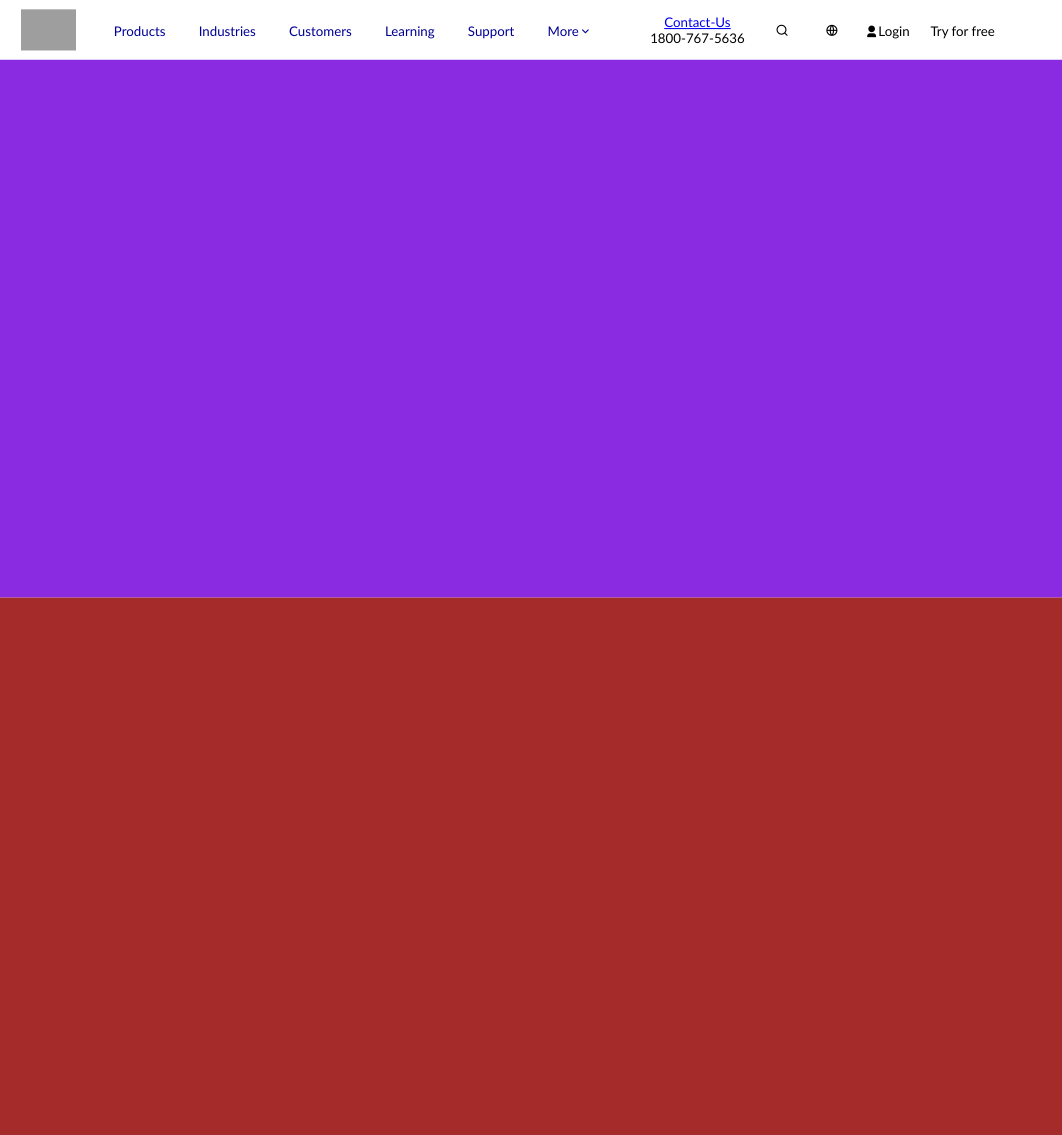
Repository: Chiranshukapil/html_css
Page: salesforce/index.html
The author's editor kept a copy of each file at every save. The page is drawn from the files as they stood at one save, then again after a run of saves.
The browser window is 1280 px wide. The pictures show the whole page, at 83% of full size.
Pictures or frames that could not be fetched are drawn as grey boxes.

Above is the page before, as saved 2024-06-09 23:43:09.

### salesforce/index.html
<!DOCTYPE html>
<html lang="en">
    <head>
        <meta charset="UTF-8">
        <meta name="viewport" content="width=device-width, initial-scale=1.0">
        <title>Salesforce</title>
        <link rel="stylesheet" href="style.css">
        <link href="https://cdn.jsdelivr.net/npm/remixicon@4.2.0/fonts/remixicon.css" rel="stylesheet" />
    </head>
    <body>
        <div id="main">
            <div id="header">
                <div id="logo">
                    <img src="https://a.sfdcstatic.com/shared/images/c360-nav/salesforce-with-type-logo.svg" >
                </div>
                <div class="texts"><p>Products</p></div>
                <div class="texts"><p>Industries</p></div>
                <div class="texts"><p>Customers</p></div>
                <div class="texts"><p>Learning</p></div>
                <div class="texts"><p>Support</p></div>
                <div class="texts">
                    <p>More</p>
                    <p><i class="ri-arrow-down-s-line"></i></p>
                </div>
                <div id="contact">
                    <a  href="https://www.google.com/"><u>Contact-Us</u></a>
                    <p>1800-767-5636</p>
                </div>
                <div id="icon1" class="icon"><i class="ri-search-line"></i></div>
                <div class="icon"><i class="ri-global-line"></i></div>
                <div id="login">
                    <p><i class="ri-user-3-fill"></i></p>
                    <p>Login</p>
                </div>
                <div id="try">Try for free</div>
            </div>
            <div id="fakeheader"></div>
            <div id="page1"></div>
            <div id="page2"></div>
        </div>
    </body>
</html>

### salesforce/style.css
*{
    margin: 0%;
    padding: 0%;
    box-sizing: border-box;
    font-family: 'Gill Sans MT';
}

html,body{
    height: 100%;
    width: 100%;

}

#main{
    height: 100%;
    width: 100%;

}

#header{
    height: 10%;
    width: 100%;
    position: fixed;
    display: flex;
    align-items: center;
    /* font-size: large; */
}

#logo{
    margin: 25px;
    height: 70%;
}

#logo img{
    width: 100%;
    height: 100%;
}

#contact{
    text-align: center;
    margin-left: 50px;

}

.icon{
    width: 30px;
    height: 30px;
    display: flex;
    align-items: center;
    justify-content: center;
    /* border: 1px solid;
    border-radius: 50%; */
    margin-left: 30px;
}

.icon:hover{
    border: 1px solid rgb(188, 255, 255);
    border-radius: 50%;
    background-color:rgb(188, 255, 255);
}

#login{
    margin: 25px;
    display: flex;
}

#try{
    width: ;
    height: ;
}

.texts{
    color: rgb(0, 0, 147);
    margin: 20px;
    display: flex;
}

.texts:hover{
    color: rgb(113, 113, 243);
}

#fakeheader{
    height: 10%;
    width: 100%;
}

#page1{
    height: 90%;
    width: 100%;
    background-color: blueviolet;
}
#page2{
    height: 90%;
    width: 100%;
    background-color: brown;
}

After the next 4 saves:
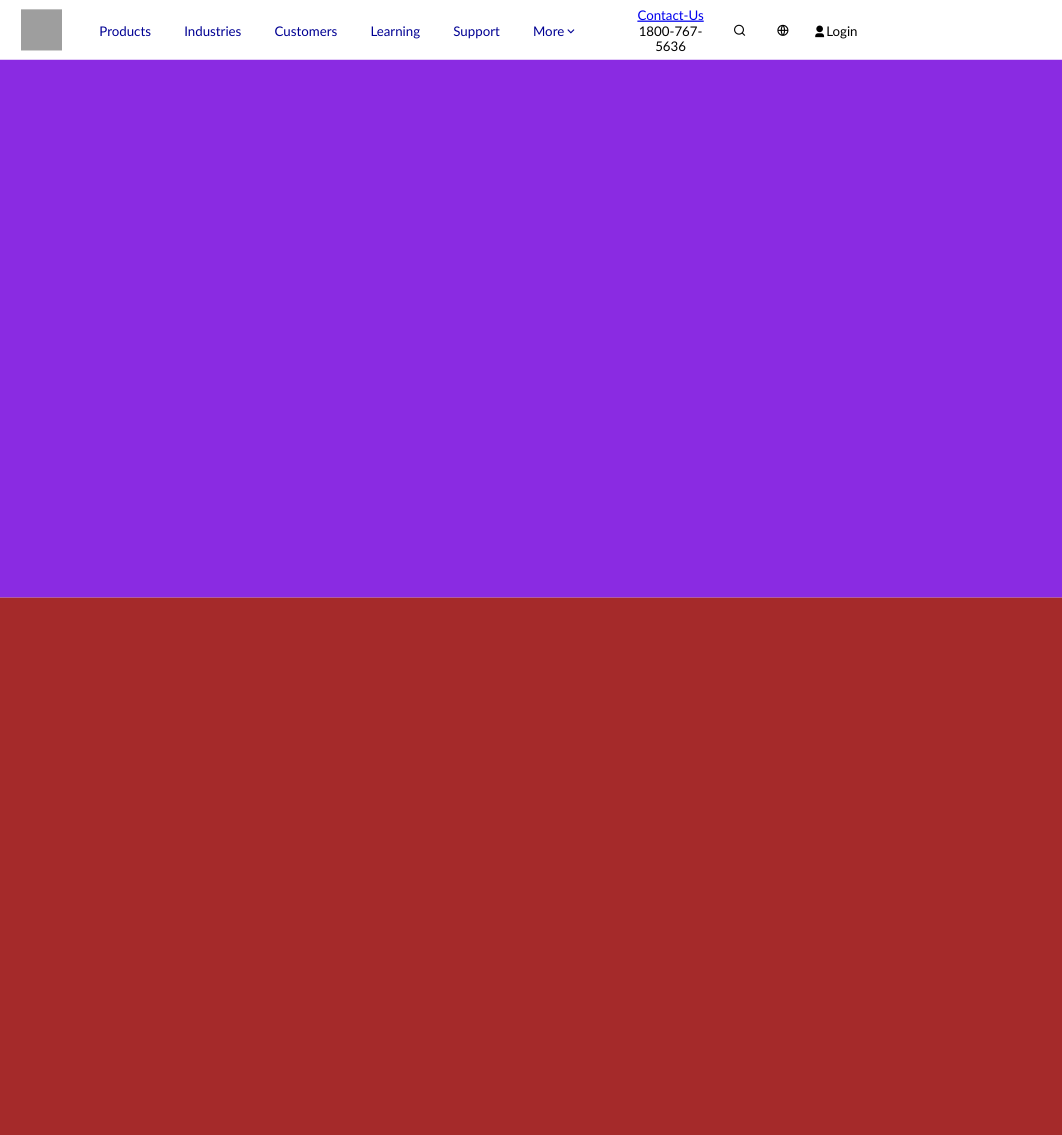
The 4 saves are shown as one change because they came seconds apart.
The last was saved 33 s later.
--- a/salesforce/style.css
+++ b/salesforce/style.css
@@ -65,8 +65,8 @@
 }
 
 #try{
-    width: ;
-    height: ;
+    width: 300px;
+    height: 200px ;
 }
 
 .texts{

After the 2 saves that followed:
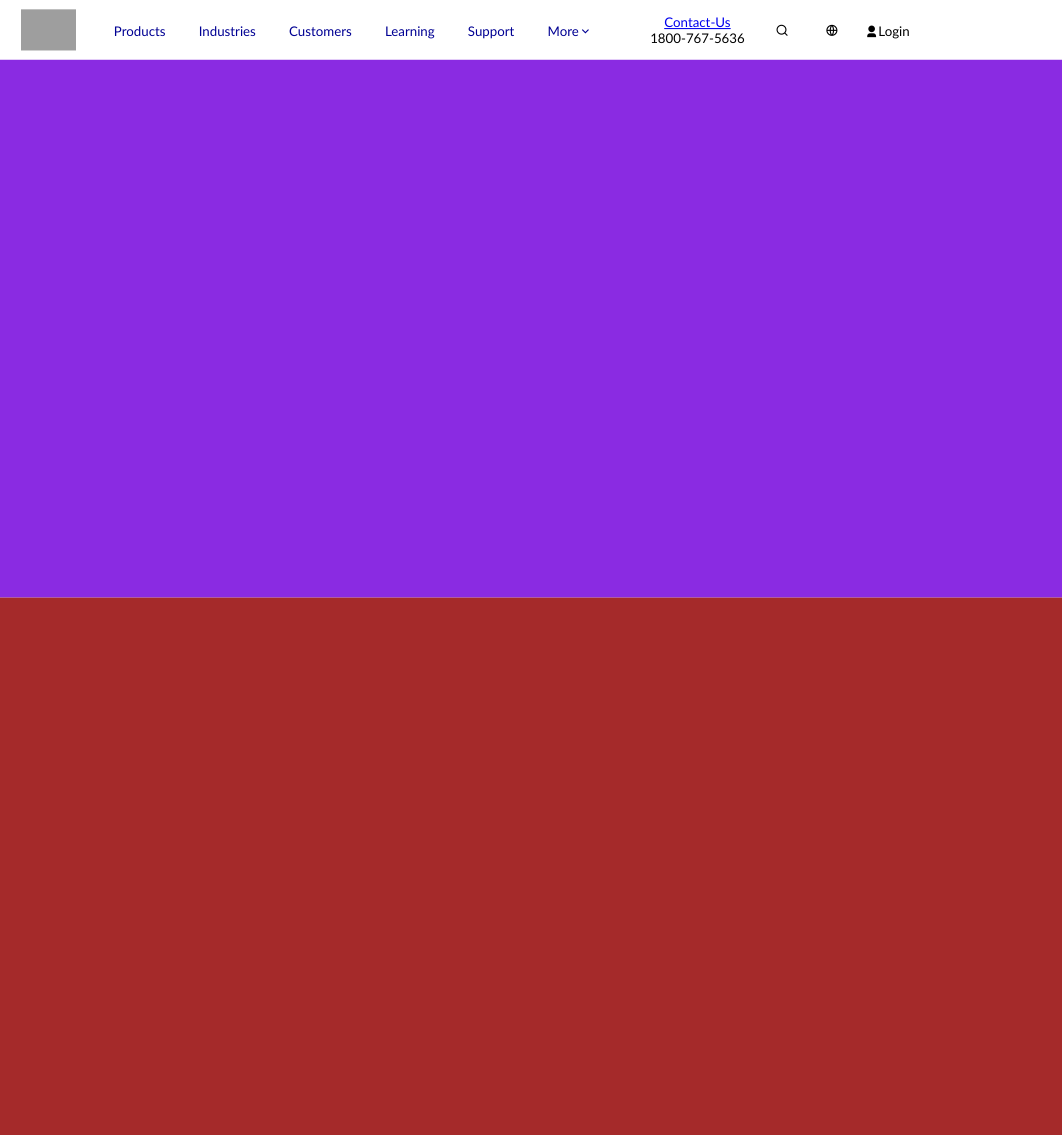
The 2 saves are shown as one change because they came seconds apart.
The last was saved 10 s later.
--- a/salesforce/style.css
+++ b/salesforce/style.css
@@ -65,7 +65,7 @@
 }
 
 #try{
-    width: 300px;
+    width: 50px;
     height: 200px ;
 }
 
